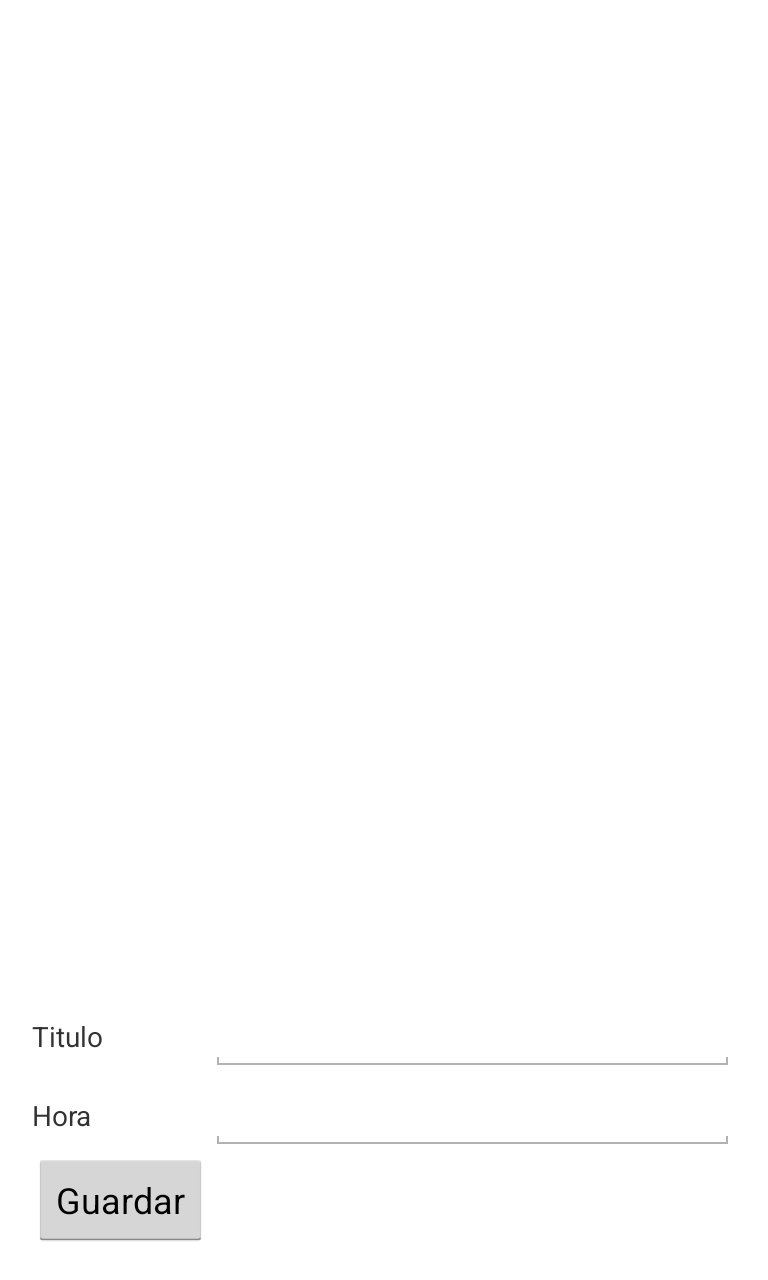
Repository: AndrewJey/Proyectos_De_Android
Layout: MiniAgenda/res/layout/activity_insertar.xml
The author's editor kept a copy of each file at every save. The layout is drawn from the files as they stood at one save, then again after the next save.
It is drawn on a 768 x 1280 px phone screen (xhdpi) without system bars, with theme AppTheme; the app's code is not run.

Above is the layout before, as saved 2014-09-06 20:50:01.

After the next save:
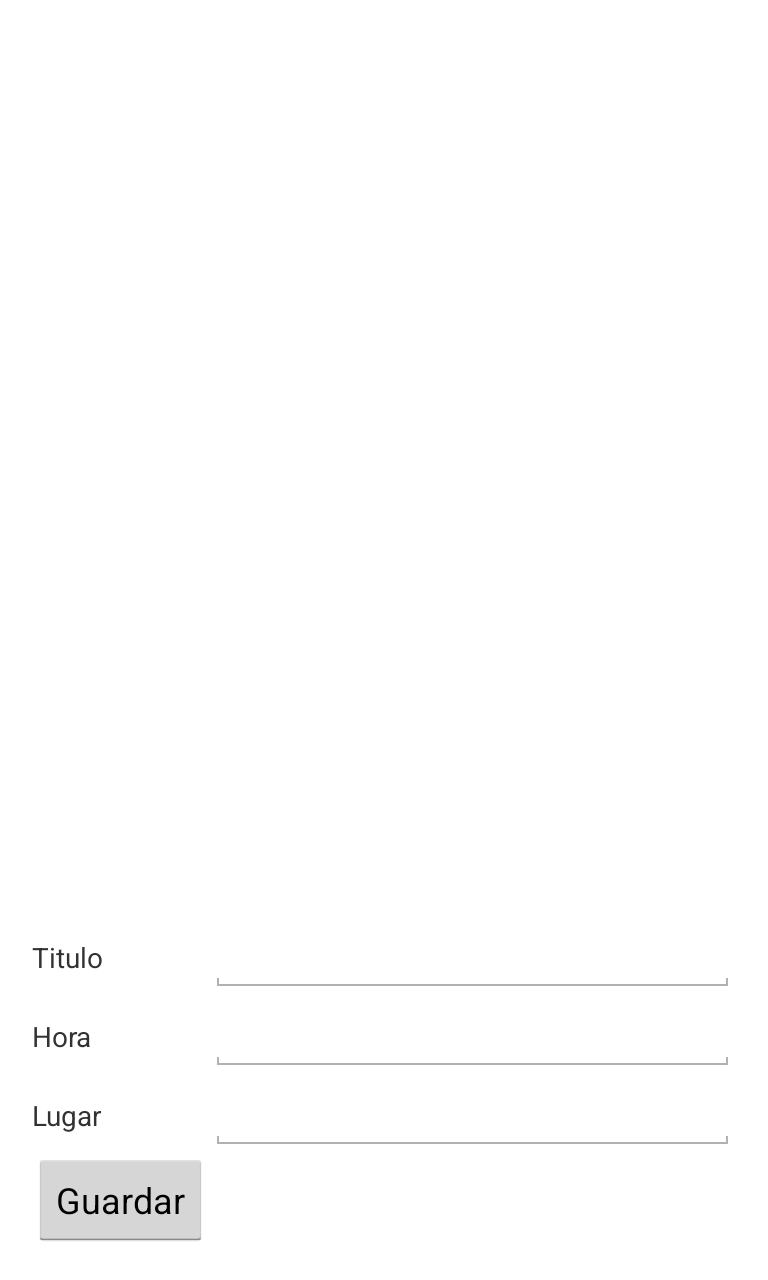
Saved 34 s later.
--- a/MiniAgenda/res/layout/activity_insertar.xml
+++ b/MiniAgenda/res/layout/activity_insertar.xml
@@ -27,6 +27,10 @@
             <TextView android:text="@string/horalbl" />
             <EditText android:id="@+id/horaTxt" />
         </TableRow>
+        <TableRow>
+            <TextView android:text="@string/lugarlbl" />
+            <EditText android:id="@+id/lugarTxt" />
+        </TableRow>
 
         <TableRow>
 
